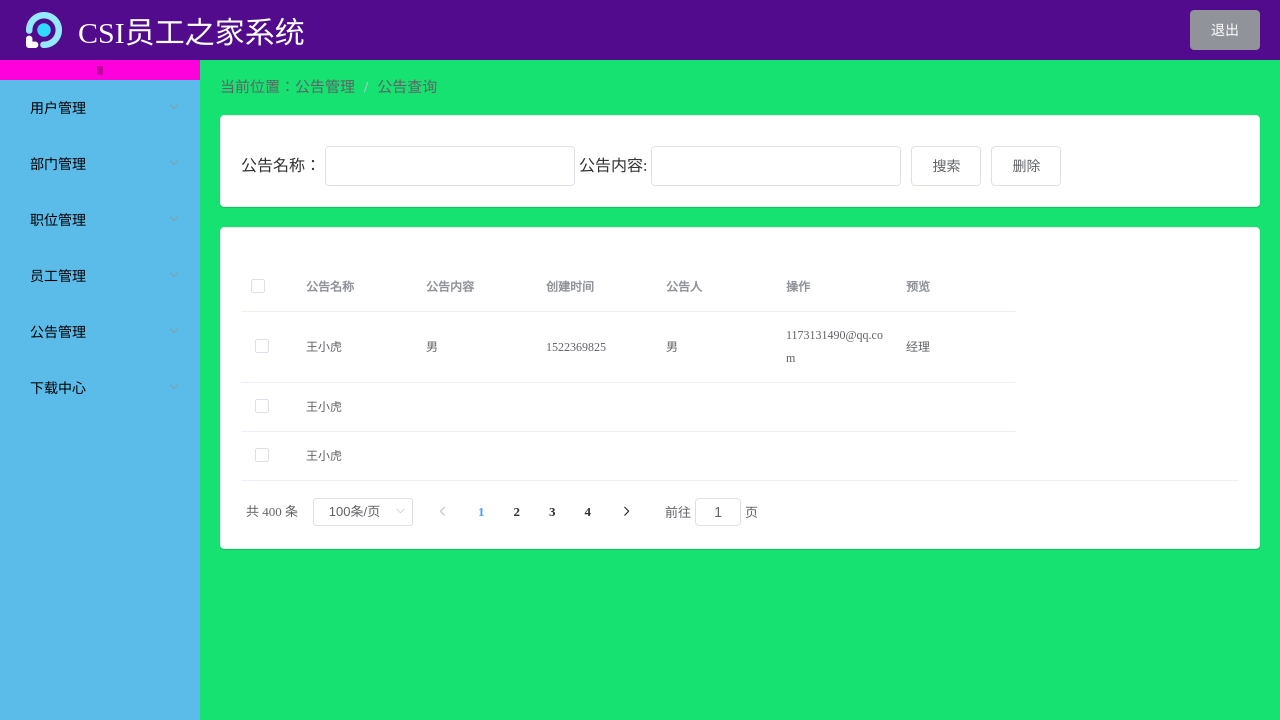
Repository: YUNjwyao/vue_hrm
Page: /#/notice
The author's editor kept a copy of each file at every save. The page is drawn from the files as they stood at one save, then again after the next save.
The browser window is 1280 px wide. The pictures show the whole page.
The project was rebuilt for these pictures with package versions that can differ from the ones it lists, and the page was loaded fresh each time. Also part of the build but not shown: src/components/Login.vue, src/components/Face/Face.vue, src/components/Employee/EmployeeQuery.vue, src/components/Employee/ShowAddEmployee.vue, src/components/Employee/ShowUpdateEmployee.vue, src/components/Notice/ShowUpdateNotice.vue, src/components/Notice/ShowAddNotice.vue, src/components/Document/Document.vue and 2 more.

Above is the page before, as saved 2020-10-16 10:55:23.

### src/main.js
import Vue from 'vue'
import App from './App.vue'
import router from './router'
import store from './store'
import './plugins/element.js'
import './assets/css/global.css'

// import axios from 'axios'
// // 配置请求的根路径
// axios.defaults.baseURL = 'http://127.0.0.1:8888/api/private/v1/'
// // 通过axios 请求拦截器添加token,保证拥有获取数据的权限
// axios.interceptors.request.use (config => {
//   //为请求头对象，添加Token验证的Authorization字段
//   config.headers.Authorization = window.sessionStorage.getItem('token')
//   return config
// })
// Vue.prototype.$http = axios

Vue.config.productionTip = false

new Vue({
  router,
  store,
  render: h => h(App)
}).$mount('#app')

### src/App.vue
<template>
  <div id="app">
     <!-- 路由占位符 -->
     <router-view></router-view>
  </div>
</template>

<script>

export default {

}
</script>

<style lang="less" scoped>

</style>

### src/router/index.js
import Vue from "vue";
import VueRouter from "vue-router";
import Login from "../components/Login.vue"
import Face from "../components/Face/Face.vue"
import Home from "../components/Home.vue"

import EmployeeQuery from "../components/Employee/EmployeeQuery.vue";
import ShowAddEmployee from "../components/Employee/ShowAddEmployee.vue";
import ShowUpdateEmployee from "../components/Employee/ShowUpdateEmployee.vue";
import Notice from "../components/Notice/Notice.vue";
import UpdateNotice from "../components/Notice/ShowUpdateNotice.vue";
import AddNotice from "../components/Notice/ShowAddNotice.vue";
import Document from "../components/Document/Document.vue";
import UpdateDocument from "../components/Document/ShowUpdateDocument.vue";
import AddDocument from "../components/Document/ShowAddDocument.vue";

Vue.use(VueRouter);

const routes = [
  { path: "/", redirect: "/login" },
  {
    path: '/login',component: Login
  },
  {
    path: '/home',
    component: Home,
    children: [
  {
    path: '/face',component: Face
  },
  {
    path: "/employee",
    component: EmployeeQuery,
  },
  {
    path: "/addEmployee",
    component: ShowAddEmployee,
  },
  {
    path: "/updateEmployee",
    component: ShowUpdateEmployee,
  },
  {
    path: "/notice",
    component: Notice,
  },
  {
    path: "/updateNotice",
    component: UpdateNotice,
  },
  {
    path: "/addNotice",
    component: AddNotice,
  },
  {
    path: "/document",
    component: Document,
  },
  {
    path: "/updateDocument",
    component: UpdateDocument,
  },
  {
    path: "/addDocument",
    component: AddDocument,
  }]
  }
];

const router = new VueRouter({
  routes,
});

export default router;

### src/plugins/element.js
import Vue from 'vue'
import {
    Button,
    Breadcrumb,
    BreadcrumbItem,
    Card,
    Select,
    Option,
    Input,
    Row,
    Table,
    TableColumn,
    Pagination,
    Form,
    FormItem,
    Container,
    Header,
    Aside,
    Menu,
    Submenu,
    MenuItem,
    Main
} from 'element-ui'


Vue.use(Button)
Vue.use(Breadcrumb)
Vue.use(BreadcrumbItem)
Vue.use(Card)
Vue.use(Select)
Vue.use(Option)
Vue.use(Input)
Vue.use(Row)
Vue.use(Table)
Vue.use(TableColumn)
Vue.use(Pagination)
Vue.use(Form)
Vue.use(FormItem)
Vue.use(Container)
Vue.use(Header)
Vue.use(Aside)
Vue.use(Menu)
Vue.use(Submenu)
Vue.use(MenuItem)
Vue.use(Main)

### src/assets/css/global.css
/* 全局样式表 */
html,
body,
#app {
    height: 100%;
    margin: 0;
    padding: 0;
}
.el-breadcrumb {
    margin-bottom: 15px;
    font-size: 15px;
}
.el-card {
    box-shadow: 0 1px 1px rgba(0, 0, 0, 0.15) !important;
}
.el-table {
    margin-bottom: 15px;
    font-size: 12px;
    margin-top: 15px;
}
.el-steps {
    margin: 15px 0;
}
.el-step__title {
    font-size: 13px;
}
.el-cascader-panel {
    height: 200px
}
.ql-editor {
    min-height: 300px;
 }

### src/components/Home.vue
<template>
 <!-- 整个页面区域 -->
  <el-container>
      <!-- 页面标题 -->
  <el-header>
      <div>
          <img src="../assets/images/icon.png" alt="">
          <span>CSI员工之家系统</span>
      </div>
      <el-button type="info" @click="logout">退出</el-button>
  </el-header>
  <!-- 页面主体部分 -->
  <el-container>
    <el-aside :width="isCollapse? '64px' : '200px'">
        <div class="collapse" @click="toggleCollapse">|||</div>
        <!-- 侧边栏菜单区域 -->
       <el-menu
      background-color="rgb(91, 188, 233)"
      text-color="#000"
      active-text-color="#409bff"
      :unique-opened="true"
      :collapse="isCollapse"
      :collapse-transition="false"
      router
      :default-active="activePath">
      <!-- 一级菜单 -->
      <el-submenu :index="item.id+''" v-for="item in menulist" :key="item.id">
          <!-- 一级菜单模板区域 -->
        <template slot="title">
            <!-- 图标 -->
          <i :class="iconsObj[item.id]"></i>
             <!-- 文本 -->
          <span>{{ item.authName }}</span>
        </template>
        <!-- 二级菜单 -->
        <el-menu-item
        :index="'/'+subItem.path"
        v-for="subItem in item.children"
        :key='subItem.id'
        @click="savNavState('/'+subItem.path)">
            <template slot="title">
            <!-- 图标 -->
          <i class="el-icon-menu"></i>
             <!-- 文本 -->
          <span>{{ subItem.authName }}</span>
        </template>
        </el-menu-item>
      </el-submenu>
    </el-menu>
    </el-aside>
    <el-main>
        <router-view></router-view>
    </el-main>
  </el-container>
</el-container>

</template>

<script>
export default {
    data () {
        return {
            // 左侧菜单数据
            menulist: [
                {
            "id": 101,
            "authName": "用户管理",
            "path": '/home',
            "children": [
                {
                    "id": 104,
                    "authName": "用户查询",
                    "path": '',
                    "children": []
                },
                {
                    "id": 104,
                    "authName": "添加用户",
                    "path": '',
                    "children": []
                }
            ]
        },
         {
            "id": 101,
            "authName": "部门管理",
            "path": null,
            "children": [
                {
                    "id": 104,
                    "authName": "部门查询",
                    "path": null,
                    "children": []
                },
                {
                    "id": 104,
                    "authName": "添加部门",
                    "path": null,
                    "children": []
                }
            ]
        },
         {
            "id": 101,
            "authName": "职位管理",
            "path": null,
            "children": [
                {
                    "id": 104,
                    "authName": "职位查询",
                    "path": null,
                    "children": []
                },
                {
                    "id": 104,
                    "authName": "添加职位",
                    "path": null,
                    "children": []
                }
            ]
         },
          {
            "id": 101,
            "authName": "员工管理",
            "path": '/home',
            "children": [
                {
                    "id": 104,
                    "authName": "员工查询",
                    "path": 'employee',
                    "children": []
                },
                {
                    "id": 104,
                    "authName": "添加员工",
                    "path": 'addEmployee',
                    "children": []
                }
            ]
        },
         {
            "id": 101,
            "authName": "公告管理",
            "path": '/home',
            "children": [
                {
                    "id": 104,
                    "authName": "公告查询",
                    "path": 'notice',
                    "children": []
                },
                {
                    "id": 104,
                    "authName": "添加公告",
                    "path": 'addNotice',
                    "children": []
                }
            ]
        },
         {
            "id": 101,
            "authName": "下载中心",
            "path": '/home',
            "children": [
                {
                    "id": 104,
                    "authName": "文档查询",
                    "path": 'document',
                    "children": []
                },
                {
                    "id": 104,
                    "authName": "上传文档",
                    "path": 'addDocument',
                    "children": []
                }
            ]
        }
            ],
            // 自定义字体图标
            iconsObj: {
                '125': 'iconfont icon-user',
                '103': 'iconfont icon-tijikongjian',
                '101': 'iconfont icon-shangpin',
                '102': 'iconfont icon-danju',
                '145': 'iconfont baobiao'
            },
            // 是否折叠
            isCollapse: false,
            // 被激活的链接
            activePath: ''
        }
    },
    created () {
       this.getMenuList();
       this.activePath = window.sessionStorage.getItem('activePath');
    },
    methods: {
        // 自定义方法
        logout () {
            // 清空token
            window.sessionStorage.clear();
            // 编程式导航重定向
            this.$router.push('/login');
        },
       // 点击按钮折叠菜单栏
       toggleCollapse () {
         this.isCollapse = ! this.isCollapse;
       },
       //保存导航链接的激活状态
       savNavState (activePath) {
          window.sessionStorage.setItem('activePath',activePath);
          this.activePath = activePath;
       }
    }
}
</script>

<style lang="less" scoped>
.el-container {
    height: 100%;
}
.el-header {
    background-color: rgb(82, 11, 141);
    display: flex;
    justify-content: space-between;
    align-items: center;
    > div {
        display: flex;
        align-items: center;
        color: #fff;
        font-size: 30px;
        span {
            padding-left: 10px;
        }
    }
}
.el-aside {
    background-color: rgb(91, 188, 233);
    .el-menu {
        border-right: 0;
    }
}
.el-main {
    background-color: rgb(22, 226, 114);
}
.iconfont {
    margin-right: 10px;
}
.collapse {
    height: 20px;
    background-color: rgb(255, 0, 221);
    text-align: center;
    line-height: 20px;
    font-size: 10px;
}
</style>

### src/components/Notice/Notice.vue
<template>
  <div class="employee">
    <!-- 面包屑导航 -->
    <el-breadcrumb separator="/">
      <el-breadcrumb-item>当前位置：公告管理</el-breadcrumb-item>
      <el-breadcrumb-item><a href="/">公告查询</a></el-breadcrumb-item>
    </el-breadcrumb>
    <!-- 查询输入框 -->
    <el-card>

      <el-row>
        公告名称：
		<el-input></el-input>
		公告内容:
		<el-input></el-input>
        <el-button>搜索</el-button>
        <el-button>删除</el-button>
      </el-row>
    </el-card>
    <!-- Table表格 -->
    <el-card>
      <el-table
        ref="multipleTable"
        :data="tableData"
        tooltip-effect="dark"
        style="width: 100%"
        @selection-change="handleSelectionChange"
      >
        <el-table-column type="selection" width="55"> </el-table-column>
        <el-table-column prop="name" label="公告名称" width="120">
          <template slot-scope="scope">{{ scope.row.name }}</template>
        </el-table-column>
        <el-table-column prop="sex" label="公告内容" width="120"> </el-table-column>
        <el-table-column prop="phone" label="创建时间" width="120">
        </el-table-column>
        <el-table-column prop="sex" label="公告人" width="120"> </el-table-column>
        <el-table-column prop="email" label="操作" width="120">
        </el-table-column>
        <el-table-column prop="job" label="预览" width="120"> </el-table-column>
      </el-table>
      <!-- 分页 -->
      <el-pagination
        @size-change="handleSizeChange"
        @current-change="handleCurrentChange"
        :current-page="currentPage4"
        :page-sizes="[100, 200, 300, 400]"
        :page-size="100"
        layout="total, sizes, prev, pager, next, jumper"
        :total="400"
      >
      </el-pagination>
    </el-card>
  </div>
</template>

<script>
export default {
  data() {
    return {
      options: [
        {
          value: "选项1",
          label: "经理",
        },
        {
          value: "选项2",
          label: "职员",
        },
      ],
      optionsSex: [
        {
          value: "选项1",
          label: "男",
        },
        {
          value: "选项2",
          label: "女",
        },
      ],
      optionsDoor: [
        {
          value: "选项1",
          label: "技术部",
        },
        {
          value: "选项2",
          label: "运营部",
        },
      ],
      tableData: [
        {
          name: "王小虎",
          sex: "男",
          phone: "1522369825",
          email: "1173131490@qq.com",
          job: "经理",
          education: "本科",
          IdNumber: "500213213123",
          door: "技术部",
          address: "上海市普陀区金沙江路 1518 弄",
          date: "2016-12-03",
        },
        {
          date: "2016-05-02",
          name: "王小虎",
          address: "上海市普陀区金沙江路 1518 弄",
        },
        {
          date: "2016-05-04",
          name: "王小虎",
          address: "上海市普陀区金沙江路 1518 弄",
        },
      ],
      multipleSelection: [],
    };
  },
  methods: {
    toggleSelection(rows) {
      if (rows) {
        rows.forEach((row) => {
          this.$refs.multipleTable.toggleRowSelection(row);
        });
      } else {
        this.$refs.multipleTable.clearSelection();
      }
    },
    handleSelectionChange(val) {
      this.multipleSelection = val;
    },
  },
};
</script>

<style lang="less" scoped>
.el-card {
  margin-top: 20px;
}
.el-input {
  width: 250px;
}
.el-row {
  margin-top: 10px;
}
.el-button {
  margin-left: 10px;
}
</style>

Loaded but not shown: public/index.html (common file); src/store/index.js (common file)

After the next save:
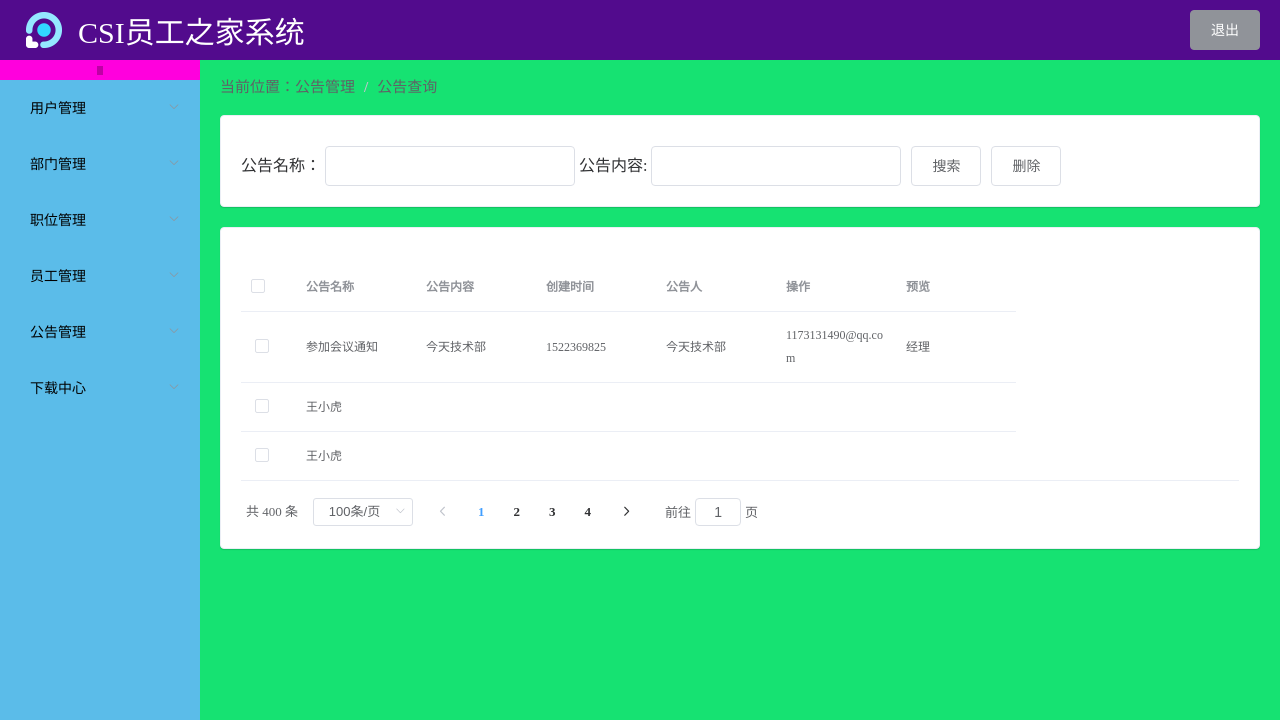
Saved 3 min 5 s later.
--- a/src/components/Notice/Notice.vue
+++ b/src/components/Notice/Notice.vue
@@ -89,8 +89,8 @@ export default {
       ],
       tableData: [
         {
-          name: "王小虎",
-          sex: "男",
+          name: "参加会议通知",
+          sex: "今天技术部",
           phone: "1522369825",
           email: "1173131490@qq.com",
           job: "经理",
